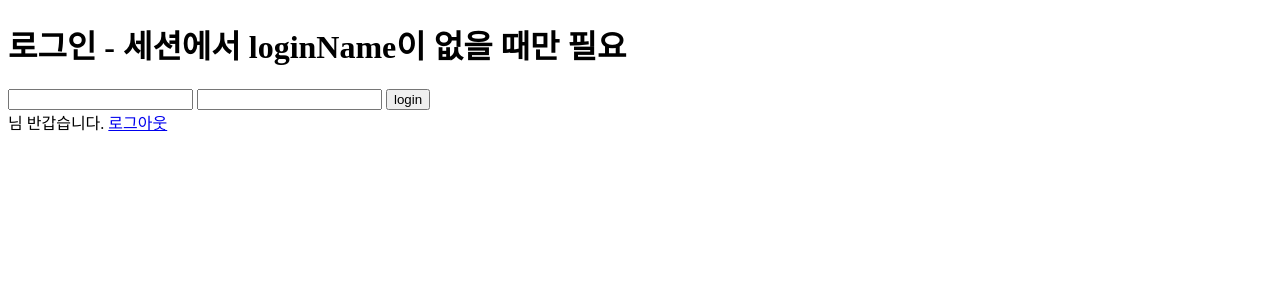
Repository: roadtofuture/woorifisa_java
Page: http://localhost/web_day3/login/loginform.jsp
These files come from the project's save history. The page is drawn as it stood at one moment and after the next save; the edit follows.
The browser window is 1280 px wide. The pictures show the whole page.
The page is served by Tomcat 9. Other server files are loaded and not shown.

Above is the page before, as saved 2023-06-19 06:41:34.

### web_day3/src/main/webapp/login/loginform.jsp
<%@ page language="java" contentType="text/html; charset=UTF-8"
	pageEncoding="UTF-8"%>
<%@ taglib prefix="c" uri="http://java.sun.com/jsp/jstl/core"%>
<c:set var="root" value="${pageContext.servletContext.contextPath }"></c:set>
<!DOCTYPE html>
<html>
<head>
<meta charset="UTF-8">
<title>Insert title here</title>
</head>
<body>

	<c:if test="${empty loginName }">
		<h1>로그인 - 세션에서 loginName이 없을 때만 필요</h1>
		<form action="${root }/login" method="post">
			<!-- post로 보낸다는 말 외에는 모두get방식 -->
			<!-- loginservlet이 받음 -->
			<!-- 보안상의 이유로 post로 -->
			<input name="id" type="text">
			<input name="password" type="password">
			<input type="submit" value="login">
		</form>
	</c:if>
	<c:if test="${empty loginName }">
	${loginName}님 반갑습니다.  <!-- 값을 출력해야 하니까 -->
		<a href="${root }/logout">로그아웃</a>
	</c:if>


</body>
</html>

After the next save:
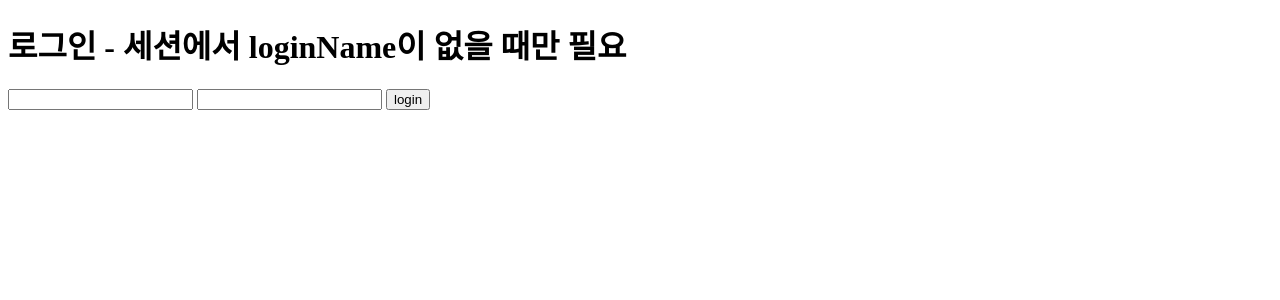
Saved 60 s later.
--- a/web_day3/src/main/webapp/login/loginform.jsp
+++ b/web_day3/src/main/webapp/login/loginform.jsp
@@ -21,8 +21,8 @@
 			<input type="submit" value="login">
 		</form>
 	</c:if>
-	<c:if test="${empty loginName }">
-	${loginName}님 반갑습니다.  <!-- 값을 출력해야 하니까 -->
+	<c:if test="${!empty loginName }">
+		${loginName}님 반갑습니다.  <!-- 값을 출력해야 하니까 -->
 		<a href="${root }/logout">로그아웃</a>
 	</c:if>
 
